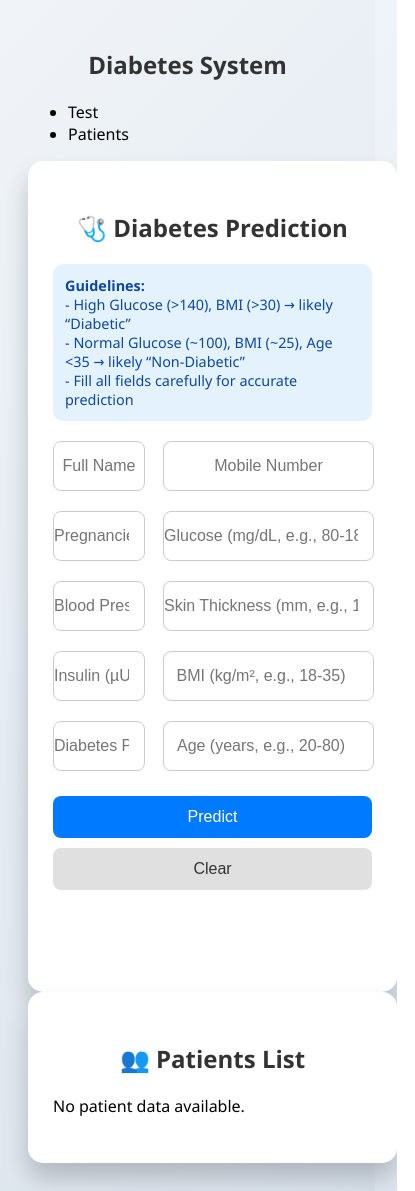
Repository: Aman14150/diabetes-prediction-system
Page: http://localhost/
These files come from the project's save history. The page is drawn as it stood at one moment and after the next save; the edit follows.
The browser window is 375 px wide. The page is 397 px wide, then 415 px, so the pictures cover 415 px, including what lies to the right of the window. The pictures show the whole page.
The page is served by the project's application, run on Flask 3 (app.py).

Above is the page before, as saved 2025-10-07 19:36:48.

### templates/index.html
<!DOCTYPE html>
<html lang="en">
<head>
    <meta charset="UTF-8">
    <title>Diabetes Prediction Dashboard</title>
    <link rel="stylesheet" href="{{ url_for('static', filename='style.css') }}">
</head>
<body>
    <div class="dashboard">
        <!-- Sidebar -->
        <div class="sidebar">
            <h2>Diabetes System</h2>
            <ul>
                <li id="testTab" class="active">Test</li>
                <li id="patientsTab">Patients</li>
            </ul>
        </div>

        <!-- Main Content -->
        <div class="main-content">
            <!-- Test Form -->
            <div id="testContent" class="content active">
                <div class="card">
                    <h2>🩺 Diabetes Prediction</h2>
                    <div class="guidelines">
                        <strong>Guidelines:</strong><br>
                        - High Glucose (>140), BMI (>30) → likely “Diabetic”<br>
                        - Normal Glucose (~100), BMI (~25), Age <35 → likely “Non-Diabetic”<br>
                        - Fill all fields carefully for accurate prediction
                    </div>

                    <form id="diabetesForm" action="/predict" method="post">
                        <input type="text" name="name" placeholder="Full Name" required>
                        <input type="tel" name="mobile" placeholder="Mobile Number" required>
                        <input type="number" name="Pregnancies" placeholder="Pregnancies (e.g., 0-10)" step="any" required>
                        <input type="number" name="Glucose" placeholder="Glucose (mg/dL, e.g., 80-180)" step="any" required>
                        <input type="number" name="BloodPressure" placeholder="Blood Pressure (mmHg, e.g., 60-120)" step="any" required>
                        <input type="number" name="SkinThickness" placeholder="Skin Thickness (mm, e.g., 10-50)" step="any" required>
                        <input type="number" name="Insulin" placeholder="Insulin (µU/mL, e.g., 15-276)" step="any" required>
                        <input type="number" name="BMI" placeholder="BMI (kg/m², e.g., 18-35)" step="any" required>
                        <input type="number" name="DiabetesPedigreeFunction" placeholder="Diabetes Pedigree Function (e.g., 0.1-2.5)" step="any" required>
                        <input type="number" name="Age" placeholder="Age (years, e.g., 20-80)" step="any" required>

                        <div class="button-group">
                            <button type="submit" id="predictBtn">Predict</button>
                            <button type="button" id="clearBtn">Clear</button>
                        </div>

                        {% if prediction_text %}
                        <div class="prediction">{{ prediction_text }}</div>
                        {% else %}
                        <div class="prediction">&nbsp;</div>
                        {% endif %}
                    </form>
                </div>
            </div>

            <!-- Patients Table -->
            <div id="patientsContent" class="content">
                <div class="card">
                    <h2>👥 Patients List</h2>
                    {% if patient_data %}
                    <table>
                        <thead>
                            <tr>
                                {% for col in patient_columns %}
                                <th>{{ col }}</th>
                                {% endfor %}
                            </tr>
                        </thead>
                        <tbody>
                            {% for row in patient_data %}
                            <tr>
                                {% for item in row %}
                                <td>{{ item }}</td>
                                {% endfor %}
                            </tr>
                            {% endfor %}
                        </tbody>
                    </table>
                    {% else %}
                    <p>No patient data available.</p>
                    {% endif %}
                </div>
            </div>
        </div>
    </div>

    <script>
        const testTab = document.getElementById('testTab');
        const patientsTab = document.getElementById('patientsTab');
        const testContent = document.getElementById('testContent');
        const patientsContent = document.getElementById('patientsContent');

        testTab.addEventListener('click', () => {
            testTab.classList.add('active');
            patientsTab.classList.remove('active');
            testContent.classList.add('active');
            patientsContent.classList.remove('active');
        });

        patientsTab.addEventListener('click', () => {
            patientsTab.classList.add('active');
            testTab.classList.remove('active');
            patientsContent.classList.add('active');
            testContent.classList.remove('active');
        });

        document.getElementById('clearBtn').addEventListener('click', () => {
            document.getElementById('diabetesForm').reset();
        });
    </script>
</body>
</html>

### app.py
from flask import Flask, render_template, request
import joblib
import numpy as np
import pandas as pd
import mysql.connector

app = Flask(__name__)

# Database connection
db = mysql.connector.connect(
    host="127.0.0.1",
    port=3307,
    user="amanR",
    password="Mysql@150",
    database="diabetes_db"
)
cursor = db.cursor()
print("Database Connected successfully ✅")

# Load trained model & scaler
model = joblib.load("diabetes_model.pkl")
scaler = joblib.load("scaler.pkl")

@app.route('/')
def home():
    # initial page load → blank prediction
    return render_template('index.html', prediction_text=None, show_patients=False)

@app.route('/predict', methods=['GET','POST'])
def predict():
    if request.method == 'POST':
        try:
            # Personal info
            name = request.form['name']
            mobile = request.form['mobile']

            # Health data
            data = [float(request.form[key]) for key in [
                "Pregnancies","Glucose","BloodPressure","SkinThickness",
                "Insulin","BMI","DiabetesPedigreeFunction","Age"
            ]]
            input_df = pd.DataFrame([data], columns=[
                "Pregnancies","Glucose","BloodPressure","SkinThickness",
                "Insulin","BMI","DiabetesPedigreeFunction","Age"
            ])
            scaled_input = scaler.transform(input_df)
            prediction = model.predict(scaled_input)[0]

            result = "Diabetic" if prediction == 1 else "Non-Diabetic"

            # Save to MySQL
            sql = """INSERT INTO patients
                     (name, mobile, pregnancies, glucose, blood_pressure, skin_thickness, insulin, bmi, dpf, age, prediction)
                     VALUES (%s,%s,%s,%s,%s,%s,%s,%s,%s,%s,%s)"""
            cursor.execute(sql, (name, mobile, *data, result))
            db.commit()

            return render_template('index.html', prediction_text=f"Prediction: 🩺 {result}", show_patients=False)

        except Exception as e:
            return render_template('index.html', prediction_text=f"Error: {str(e)}", show_patients=False)
    else:
        # GET request → redirect to home
        return render_template('index.html', prediction_text=None, show_patients=False)

@app.route('/patients')
def patients():
    # Fetch all patients
    cursor.execute("SELECT * FROM patients")
    rows = cursor.fetchall()
    columns = [desc[0] for desc in cursor.description]
    return render_template('index.html', patient_data=rows, patient_columns=columns, show_patients=True)

if __name__ == '__main__':
    app.run(debug=True)

### static/style.css
body {
    font-family: 'Segoe UI', Tahoma, Geneva, Verdana, sans-serif;
    background: linear-gradient(135deg, #f0f4f8, #d9e2ec);
    min-height: 100vh;
    display: flex;
    justify-content: center;
    align-items: center;
    padding: 20px;
}

.card {
    background: #ffffff;
    padding: 30px 25px;
    border-radius: 15px;
    width: 100%;
    max-width: 700px;
    box-shadow: 0 15px 25px rgba(0, 0, 0, 0.2);
}

h2 {
    text-align: center;
    color: #333;
    margin-bottom: 20px;
}

.guidelines {
    background-color: #e3f2fd;
    color: #0d47a1;
    font-size: 0.9rem;
    padding: 12px;
    border-radius: 10px;
    margin-bottom: 20px;
    text-align: left;
}

form {
    display: grid;
    grid-template-columns: 1fr 1fr;
    gap: 20px;
}

input {
    width: 100%;
    padding: 15px 0px;
    border-radius: 8px;
    border: 1px solid #ccc;
    font-size: 1rem;
    text-align: center;
}

input:focus {
    outline: none;
    border-color: #007BFF;
    box-shadow: 0 0 5px rgba(0, 123, 255, 0.5);
}

.button-group {
    grid-column: span 2;
    display: flex;
    justify-content: space-between;
}

button {
    padding: 12px;
    font-size: 1rem;
    border-radius: 8px;
    border: none;
    cursor: pointer;
    flex: 1;
    margin: 5px;
    transition: background-color 0.3s ease;
}

#predictBtn {
    background-color: #007BFF;
    color: white;
}

#predictBtn:hover {
    background-color: #0056b3;
}

#clearBtn {
    background-color: #e0e0e0;
    color: #333;
}

#clearBtn:hover {
    background-color: #bdbdbd;
}

.prediction {
    grid-column: span 2;
    text-align: center;
    margin-top: 20px;
    font-size: 1.2rem;
    font-weight: bold;
    color: #007BFF;
}

@media(max-width: 600px) {
    form {
        grid-template-columns: 1fr;
    }

    .button-group {
        flex-direction: column;
    }

    button {
        margin: 5px 0;
    }
}

After the next save:
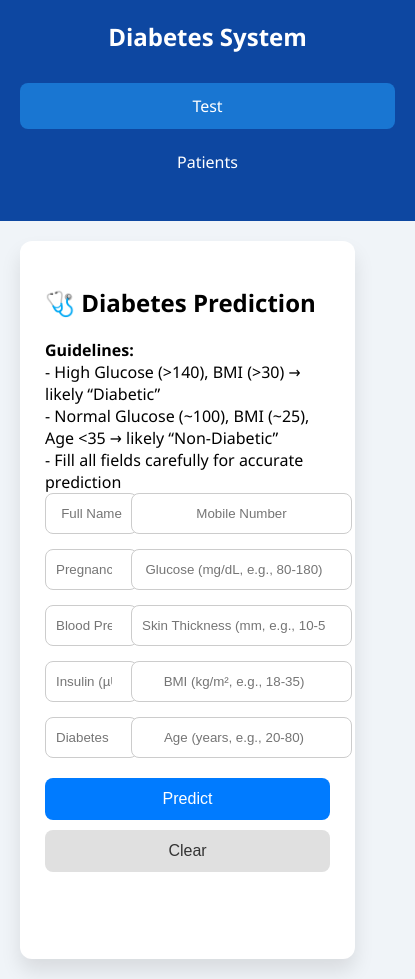
Saved 16 s later.
--- a/static/style.css
+++ b/static/style.css
@@ -1,50 +1,78 @@
 body {
+    margin: 0;
     font-family: 'Segoe UI', Tahoma, Geneva, Verdana, sans-serif;
-    background: linear-gradient(135deg, #f0f4f8, #d9e2ec);
-    min-height: 100vh;
-    display: flex;
-    justify-content: center;
-    align-items: center;
-    padding: 20px;
+    background: #f0f4f8;
 }
 
+.dashboard {
+    display: flex;
+    min-height: 100vh;
+}
+
+/* Sidebar */
+.sidebar {
+    width: 220px;
+    background-color: #0d47a1;
+    color: white;
+    padding: 20px;
+    position: fixed;
+    top: 0;
+    bottom: 0;
+}
+
+.sidebar h2 {
+    margin-top: 0;
+    font-size: 1.5rem;
+    text-align: center;
+}
+
+.sidebar ul {
+    list-style: none;
+    padding: 0;
+    margin-top: 30px;
+}
+
+.sidebar ul li {
+    padding: 12px 10px;
+    cursor: pointer;
+    border-radius: 8px;
+    margin-bottom: 10px;
+    text-align: center;
+    transition: background 0.3s;
+}
+
+.sidebar ul li:hover,
+.sidebar ul li.active {
+    background-color: #1976d2;
+}
+
+/* Main content */
+.main-content {
+    margin-left: 240px;
+    padding: 20px;
+    flex: 1;
+}
+
+/* Content cards */
 .card {
     background: #ffffff;
-    padding: 30px 25px;
-    border-radius: 15px;
-    width: 100%;
-    max-width: 700px;
-    box-shadow: 0 15px 25px rgba(0, 0, 0, 0.2);
+    padding: 25px;
+    border-radius: 12px;
+    box-shadow: 0 12px 20px rgba(0, 0, 0, 0.1);
 }
 
-h2 {
-    text-align: center;
-    color: #333;
-    margin-bottom: 20px;
-}
-
-.guidelines {
-    background-color: #e3f2fd;
-    color: #0d47a1;
-    font-size: 0.9rem;
-    padding: 12px;
-    border-radius: 10px;
-    margin-bottom: 20px;
-    text-align: left;
-}
-
+/* Form styling */
 form {
     display: grid;
     grid-template-columns: 1fr 1fr;
-    gap: 20px;
+    gap: 15px;
 }
 
 input {
     width: 100%;
-    padding: 15px 0px;
+    padding: 12px 10px;
     border-radius: 8px;
     border: 1px solid #ccc;
-    font-size: 1rem;
     text-align: center;
 }
 
@@ -61,14 +89,14 @@ input:focus {
 }
 
 button {
+    flex: 1;
+    margin: 5px;
     padding: 12px;
-    font-size: 1rem;
     border-radius: 8px;
     border: none;
     cursor: pointer;
-    flex: 1;
-    margin: 5px;
-    transition: background-color 0.3s ease;
+    font-size: 1rem;
+    transition: 0.3s;
 }
 
 #predictBtn {
@@ -93,12 +121,51 @@ button {
     grid-column: span 2;
     text-align: center;
     margin-top: 20px;
-    font-size: 1.2rem;
     font-weight: bold;
     color: #007BFF;
 }
 
-@media(max-width: 600px) {
+/* Patients table */
+table {
+    width: 100%;
+    border-collapse: collapse;
+}
+
+th, td {
+    padding: 10px;
+    border: 1px solid #ccc;
+    text-align: center;
+}
+
+th {
+    background-color: #1976d2;
+    color: white;
+}
+
+/* Hide inactive content */
+.content {
+    display: none;
+}
+
+.content.active {
+    display: block;
+}
+
+/* Responsive */
+@media(max-width: 768px) {
+    .dashboard {
+        flex-direction: column;
+    }
+
+    .sidebar {
+        width: 100%;
+        position: relative;
+    }
+
+    .main-content {
+        margin-left: 0;
+    }
+
     form {
         grid-template-columns: 1fr;
     }
